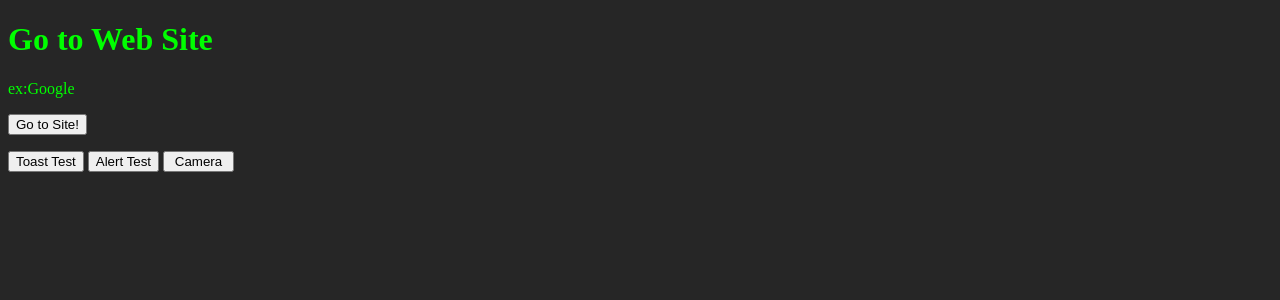
Repository: kenshiryu7/mdv-projects
Page: MDF3/project_4/Project4/assets/index.html
These files come from the project's save history. The page is drawn as it stood at one moment and after the next save; the edit follows.
The browser window is 1280 px wide. The pictures show the whole page.

Above is the page before, as saved 2013-02-28 18:52:17.

After the next save:
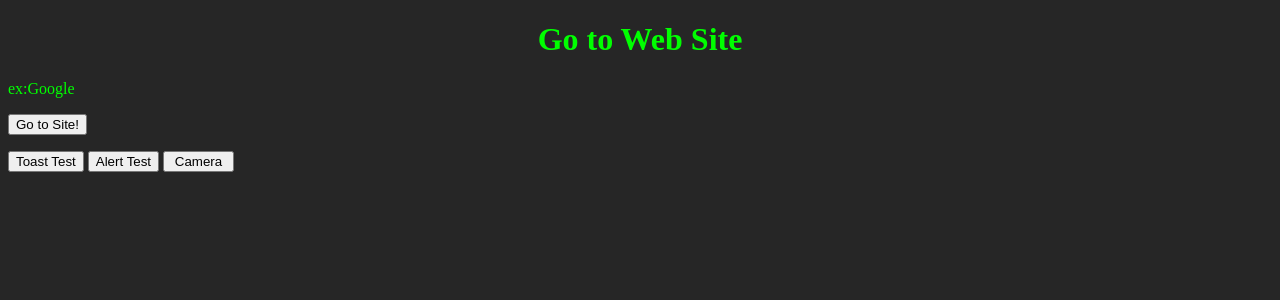
Saved 2 min 45 s later.
--- a/MDF3/project_4/Project4/assets/index.html
+++ b/MDF3/project_4/Project4/assets/index.html
@@ -58,6 +58,10 @@
 		<style type ="text/css">
 			body{
 				color:#00FF00;
-				background-color:#262626;
+				background-color:#262626}
+
+			h1{
+				text-align:center}
+
 		</style>
 </html>
